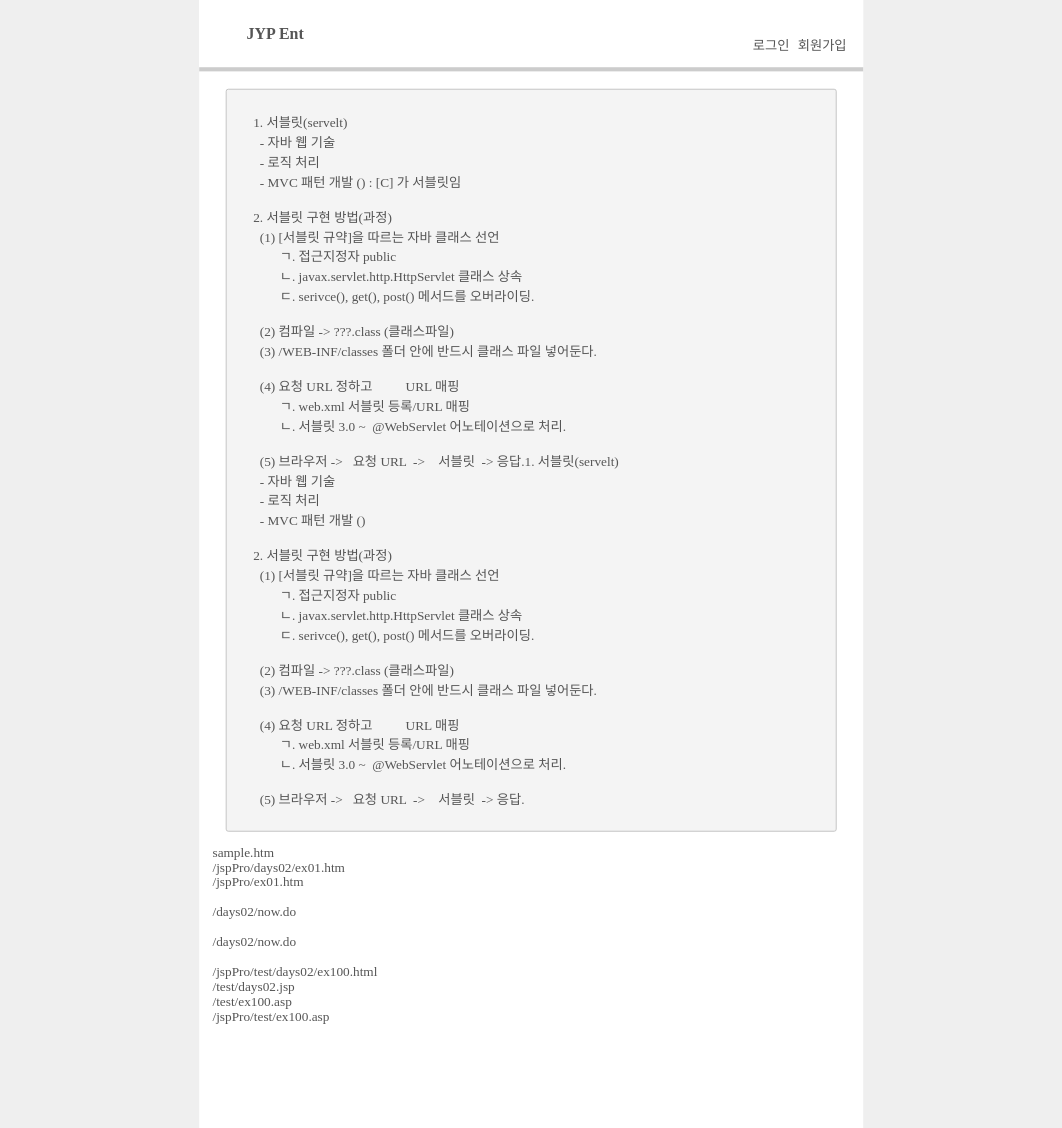
Repository: junyong231/JSP-SSIT
Page: http://localhost/jspPro/days02/ex03.jsp
An editor plug-in stored every save of this project. The page is shown before and after the next save, followed by the edit.
The browser window is 1280 px wide. The pictures show the whole page, at 83% of full size.
Some web fonts or font styles are not loaded; a fallback is used. The page is served by Tomcat 9.

Above is the page before, as saved 2024-10-16 07:35:57.

After the next save:
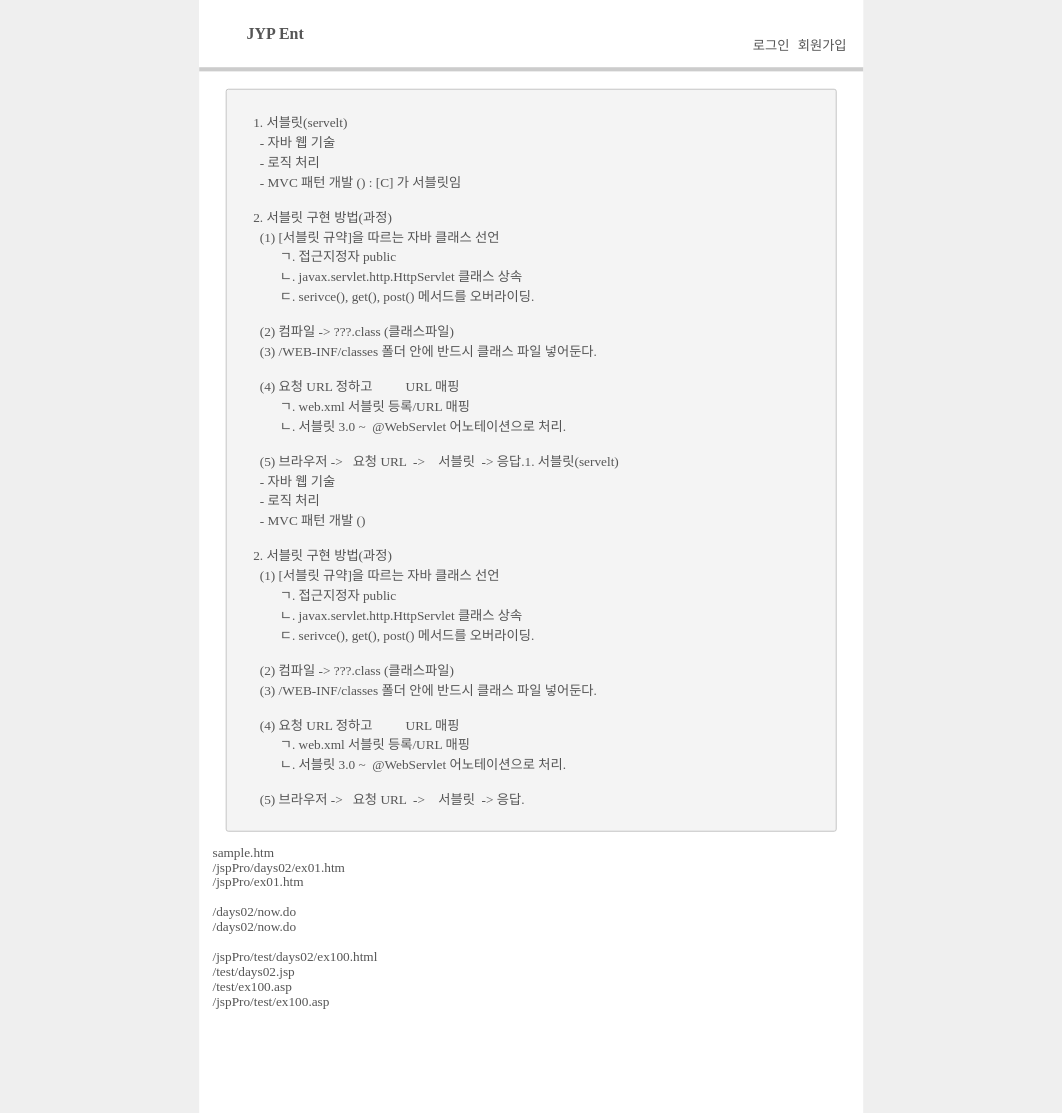
Saved 6 s later.
--- a/jspPro/src/main/webapp/days02/ex03.jsp
+++ b/jspPro/src/main/webapp/days02/ex03.jsp
@@ -69,7 +69,7 @@
   <a href="/jspPro/days02/ex01.htm">/jspPro/days02/ex01.htm</a><br />
   <a href="/jspPro/ex01.htm">/jspPro/ex01.htm</a><br /><br />
 
-  <a href="/jspPro/days02/now.do">/days02/now.do</a><br /><br />
+  <a href="/jspPro/days02/now.do">/days02/now.do</a><br />
   <a href="/days02/now.oo">/days02/now.do</a><br /><br />
 
 <!-- <url-pattern>/test/*</url-pattern> -->
